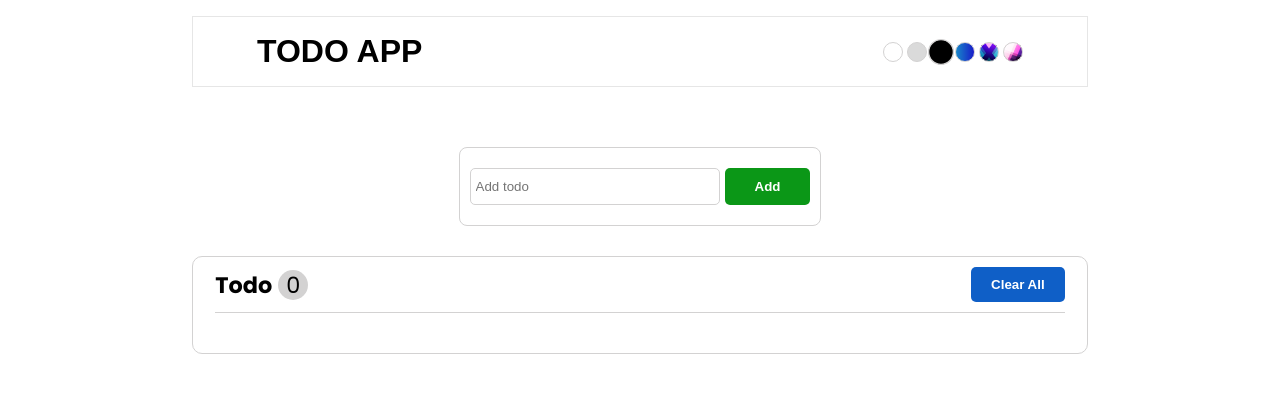
Repository: michalmilek/TodoApp
Page: /
The author's editor kept a copy of each file at every save. The page is drawn from the files as they stood at one save, then again after the next save.
The browser window is 1280 px wide. The pictures show the whole page.
Some web fonts or font styles are not loaded; a fallback is used. The project was rebuilt for these pictures with package versions that can differ from the ones it lists, and the page was loaded fresh each time. Also part of the build but not shown: vite.config.js.

Above is the page before, as saved 2023-02-01 15:48:19.

After the next save:
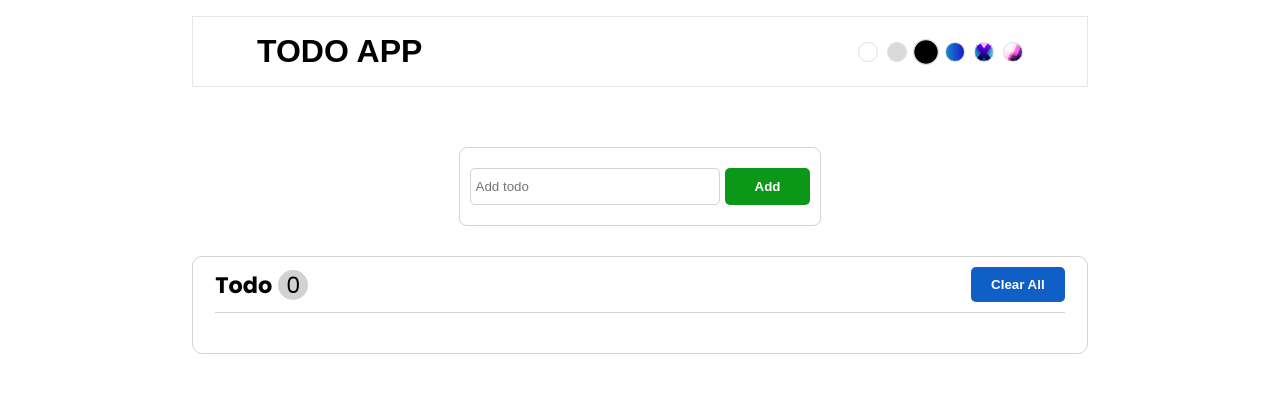
Saved 2 min 1 s later.
--- a/src/App.css
+++ b/src/App.css
@@ -17,13 +17,18 @@ header{
     gap: 4px;
   }
 
+  header .themeSelector span{
+  height: 20px;
+  width: 20px;
+  border-radius: 50%;
+  display: inline-block;
+  margin-left: 5px;
+  cursor: pointer;
+  border: 1px solid #dfdfdf;
+}
+
   .light{
-  height: 20px;
-  width: 20px;
   background-color: rgb(255, 255, 255);
-  border: 1px solid rgb(211, 210, 210);;
-  border-radius: 50%;
-  display: inline-block;
   }
 
   .medium{
